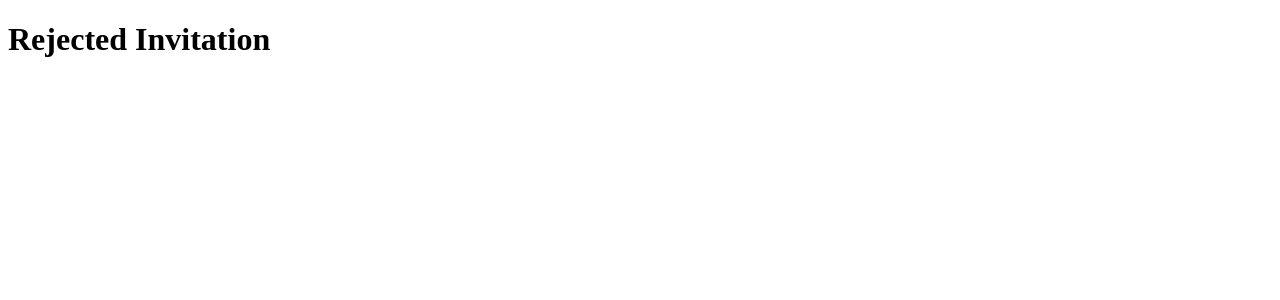
Repository: sravanigunti/Code
Page: http://localhost/LinkedinServicesClient/View/rejectInvitation.jsp
These files come from the project's save history. The page is drawn as it stood at one moment and after the next save; the edit follows.
The browser window is 1280 px wide. The pictures show the whole page.
The page is served by Tomcat 9.

Above is the page before, as saved 2015-05-09 09:06:23.

After the next save:
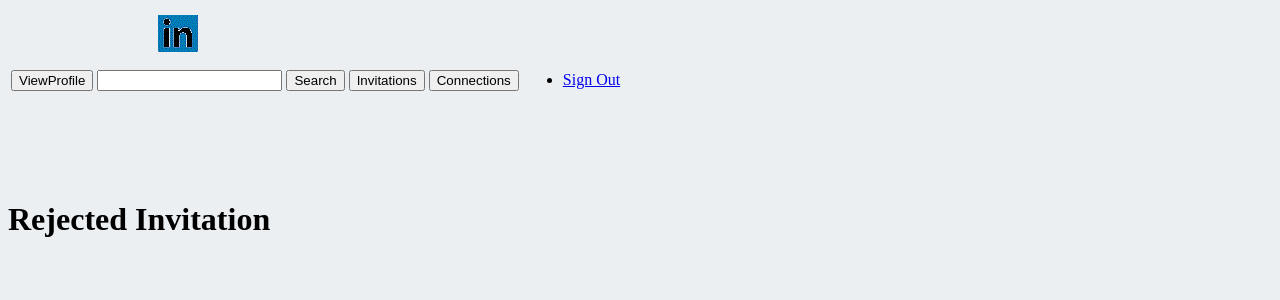
Saved 33 s later.
--- a/Final_linkedIn_Java/LinkedinServicesClient/WebContent/View/rejectInvitation.jsp
+++ b/Final_linkedIn_Java/LinkedinServicesClient/WebContent/View/rejectInvitation.jsp
@@ -6,7 +6,56 @@
 <meta http-equiv="Content-Type" content="text/html; charset=ISO-8859-1">
 <title>Reject Invitation</title>
 </head>
-<body>
+<body style="background-color: #EBEFF2">
+<nav class="navbar navbar-inverse navbar-fixed-top">
+ <div class="container-fluid">
+    <div class="navbar-header">
+      <img src="../resources/images/download.gif" style="margin-left: 150px;margin-top: 7px;">
+    </div>
+
+ <table>
+ <tr>
+
+	  <td>
+	   <form id="form3" method="post" action="displayProfile">
+		 <div class="form-row"><input class="submit" type="submit" value="ViewProfile"/></div>
+	 	</form>
+	  </td>
+
+	  <td>
+	      <form id="form3" method="post" action="searchUser">
+		  <div class="form-row"> <input type="text" name="text"/>
+	 <input class="submit" type="submit" value="Search"/></div>
+	 	 </form>
+	  </td>
+
+	  <td>
+	 	  <form id="form3" method="post" action="showInvitations">
+		   	  <div class="form-row"><input class="submit" type="submit" value="Invitations"/></div>
+	 	 </form>
+	  </td>
+
+	  <td>
+	     <form id="form3" method="post" action="showConnections">
+		   	   <input class="submit" type="submit" value="Connections"/>
+	 	 </form>
+	  </td>
+
+	  <td>
+	  <ul class="nav navbar-nav navbar-right">
+        <li><a href="#"><span class="glyphicon glyphicon-user"></span> Sign Out</a></li>
+
+      </ul>
+	  </td>
+
+ </tr>
+
+  </table>
+  </div>
+ </nav>
+  <br>
+ <br> <br>
+ <br>
 <h1>Rejected Invitation</h1>
 </body>
 </html>
